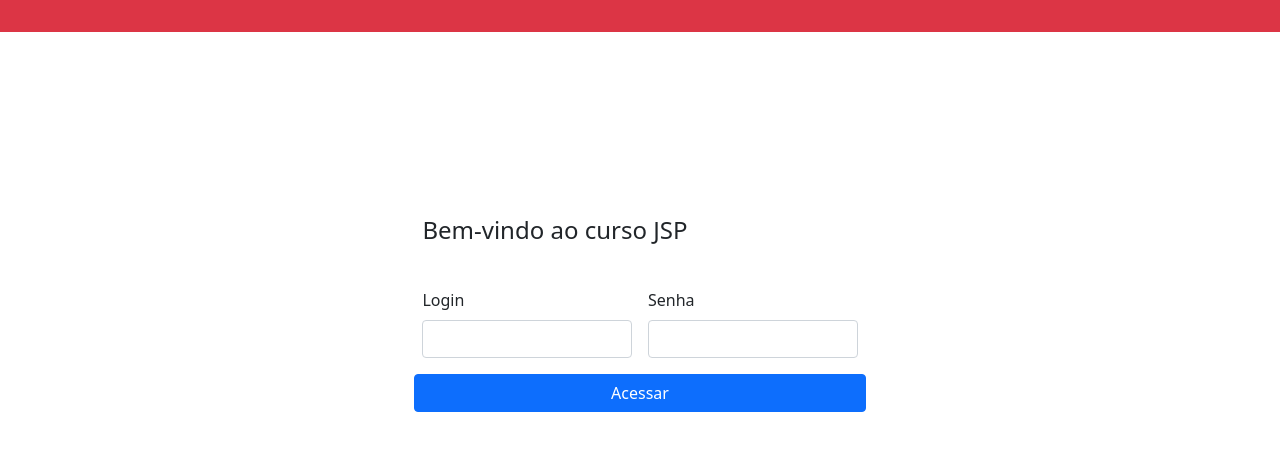
Repository: wdnzs/EstudoJSP
Page: http://localhost/curso-jsp/
These files come from the project's save history. The page is drawn as it stood at one moment and after the next save; the edit follows.
The browser window is 1280 px wide. The pictures show the whole page.
The page is served by Tomcat 9.

Above is the page before, as saved 2021-09-07 03:38:26.

After the next save:
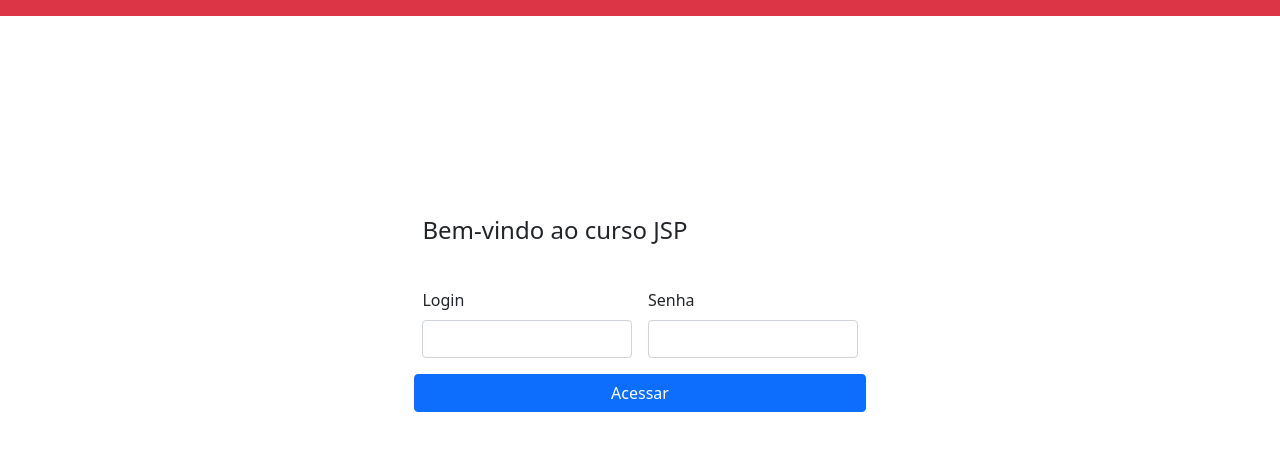
Saved 78 s later.
--- a/curso-jsp/src/main/webapp/index.jsp
+++ b/curso-jsp/src/main/webapp/index.jsp
@@ -66,7 +66,7 @@ h4 {
 
 	</form>
 
-	<div class="p-3 mb-2 bg-danger text-white">${msg}</div>
+	<div class="p-2 mb-2 bg-danger text-white">${msg}</div>
 
 
 
